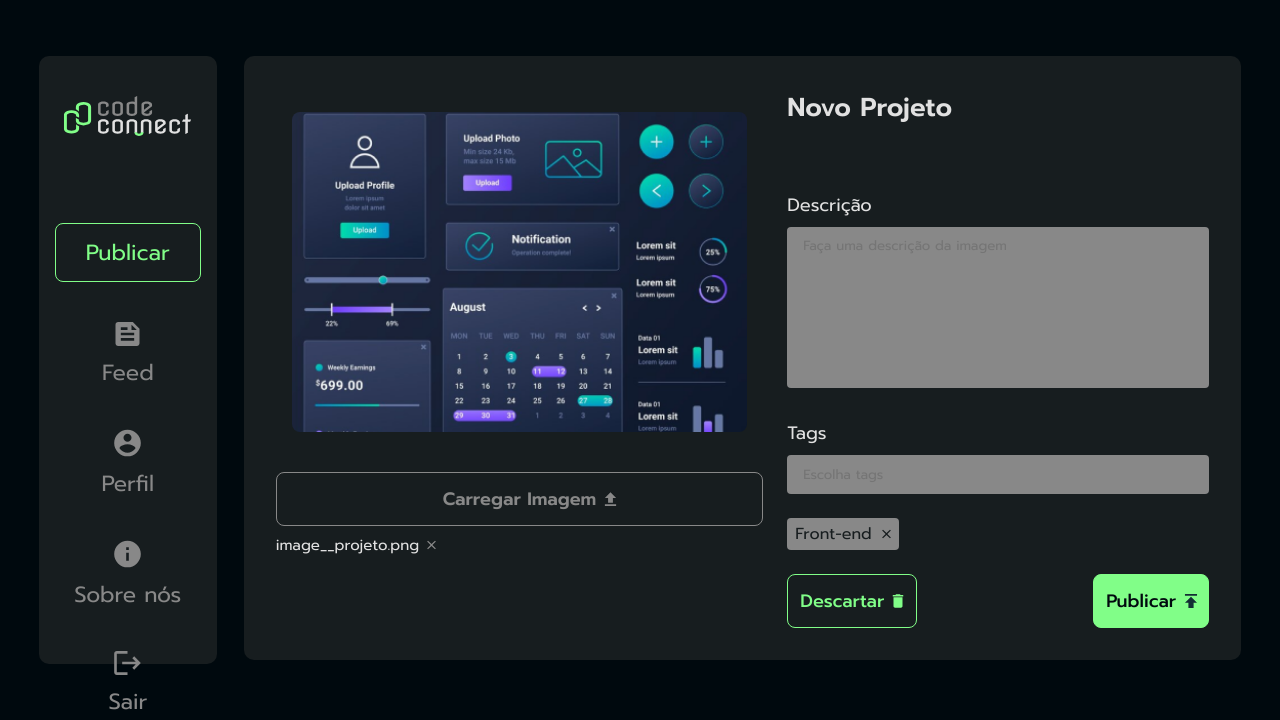
Repository: joaoPraiaJunior/async_await
Page: index.html
An editor plug-in stored every save of this project. The page is shown before and after the next save, followed by the edit.
The browser window is 1280 px wide. The pictures show the whole page.

Above is the page before, as saved 2024-08-24 22:20:05.

After the next save:
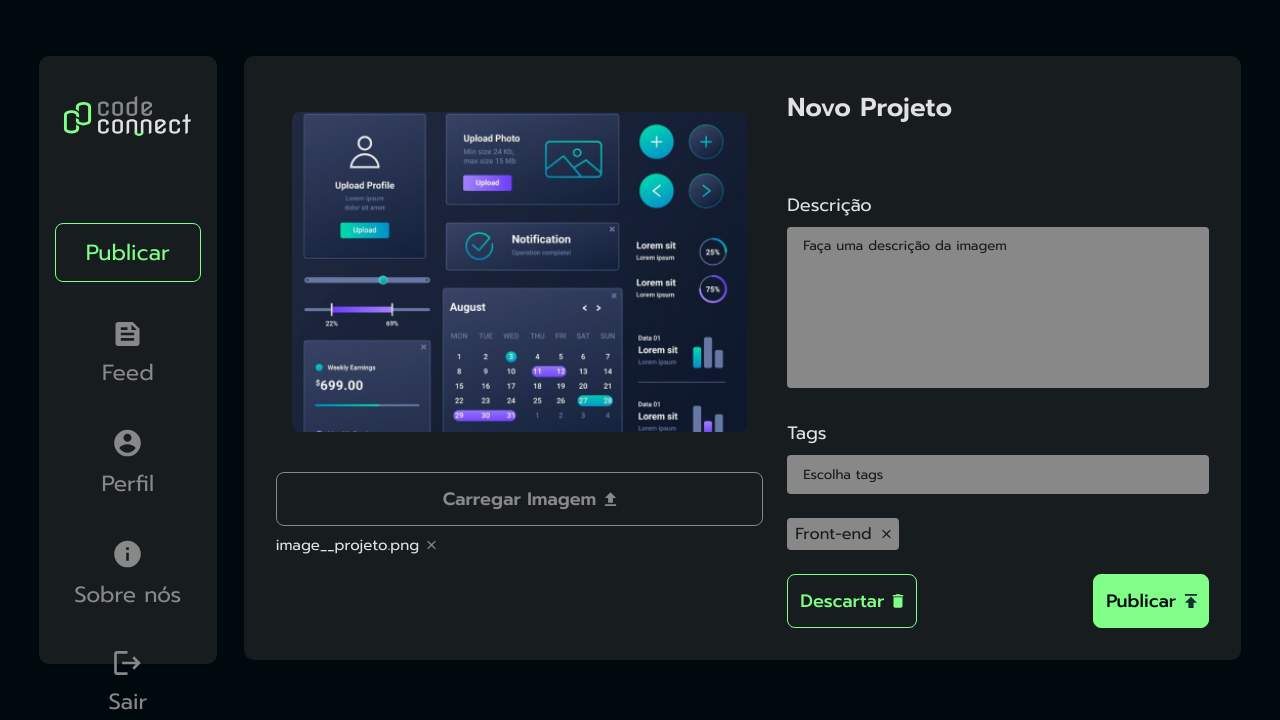
Saved 58 s later.
--- a/css/styles.css
+++ b/css/styles.css
@@ -120,6 +120,10 @@ textarea {
 
 .c-formulario__grupo input {
   height: 3.9rem;
+}
+
+.c-formulario__grupo input::placeholder, textarea::placeholder {
+  color: var(--componentes-do-background);
 }
 
 .c-formulario__grupo label {
